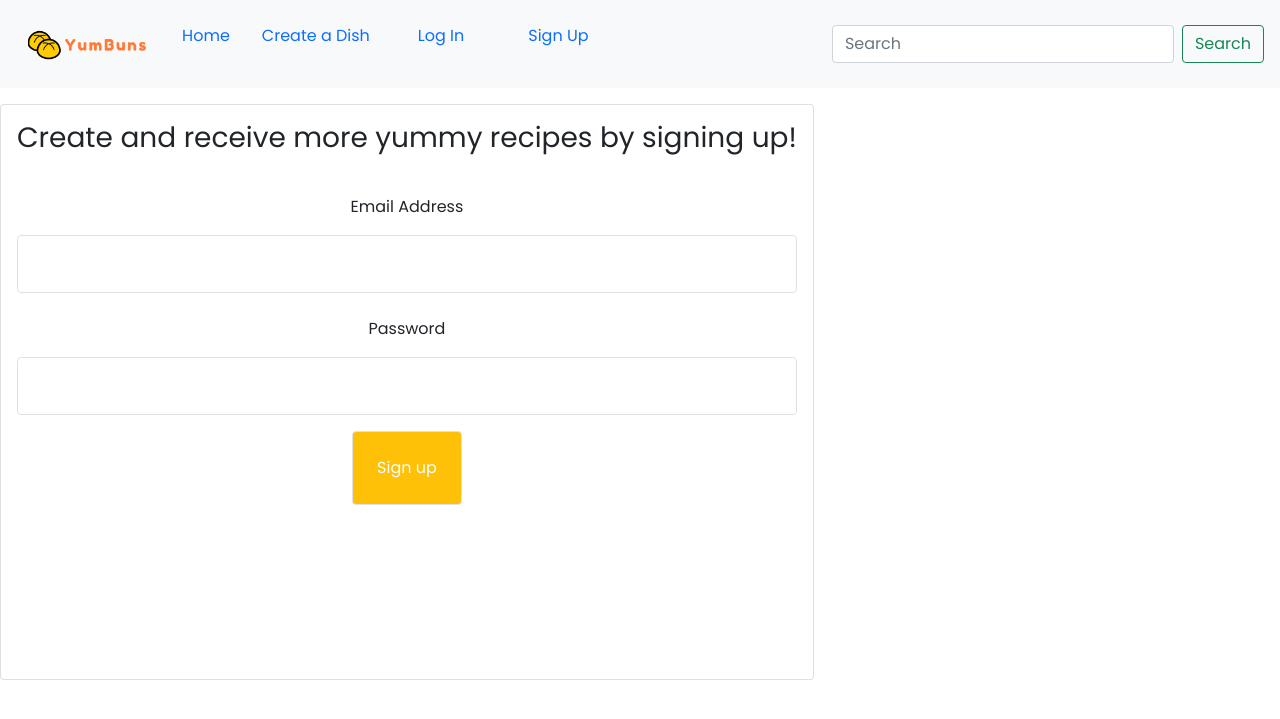
Repository: mottad14/yumBuns
Page: /signup (app in client/)
These files come from the project's save history. The page is drawn as it stood at one moment and after the next save; the edit follows.
The browser window is 1280 px wide. The pictures show the whole page.
Some web fonts or font styles are not loaded; a fallback is used. The project was rebuilt for these pictures with package versions that can differ from the ones it lists, and the page was loaded fresh each time. Also part of the build but not shown: client/src/components/RecipePreview.js, client/src/views/Main.js, client/src/views/Login.js, client/src/views/Create.js, client/src/views/Recipe.js, client/src/components/SubscribePop.css, client/src/components/SignUp.jsx, client/src/components/SubscribePop.js.

Above is the page before, as saved 2022-07-30 10:04:29.

After the next save:
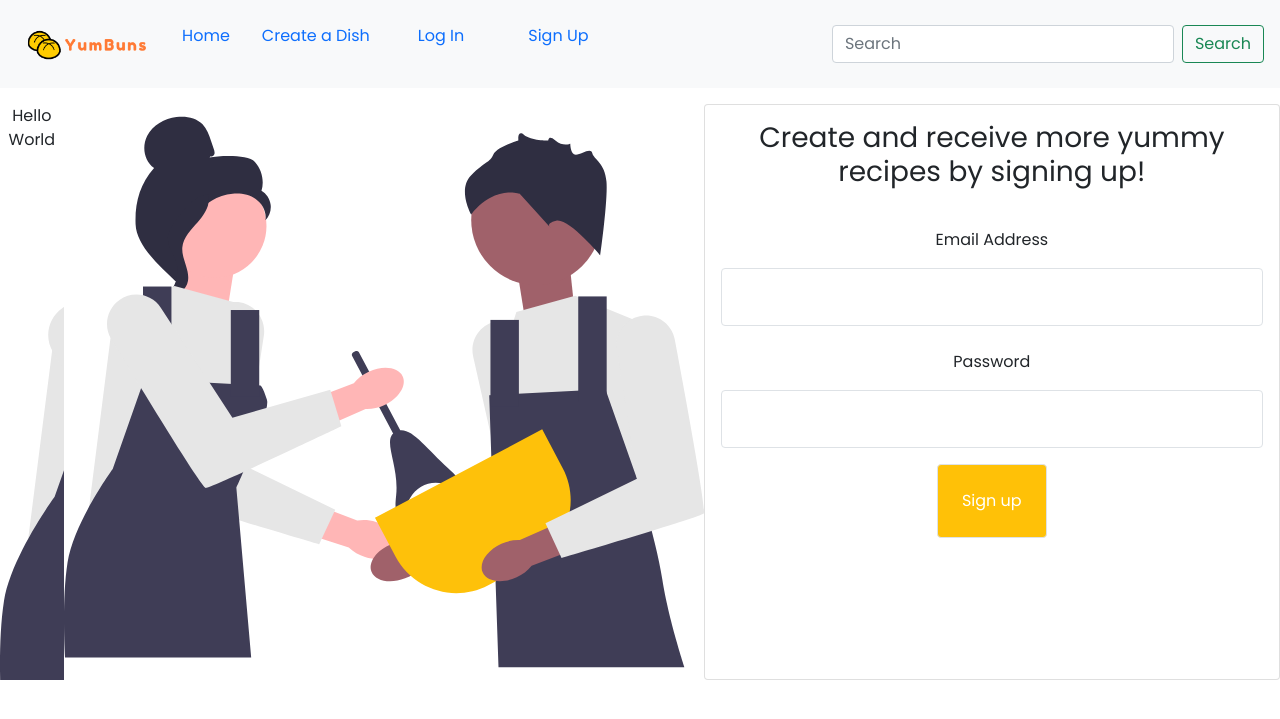
Saved 6 s later.
--- a/client/src/views/NewAccount.js
+++ b/client/src/views/NewAccount.js
@@ -29,7 +29,9 @@ const Signup = () => {
     <div style={{ display: 'flex',
         height: '80vh'}}>
     <div style={{ backgroundImage: `url(${cooking})` }}>
+      Hello World
     </div>
+        <img className='flex' style={{maxWidth: "50vw"}} src={cooking} alt={cooking} />
 
     <Card>
       <Card.Body>
